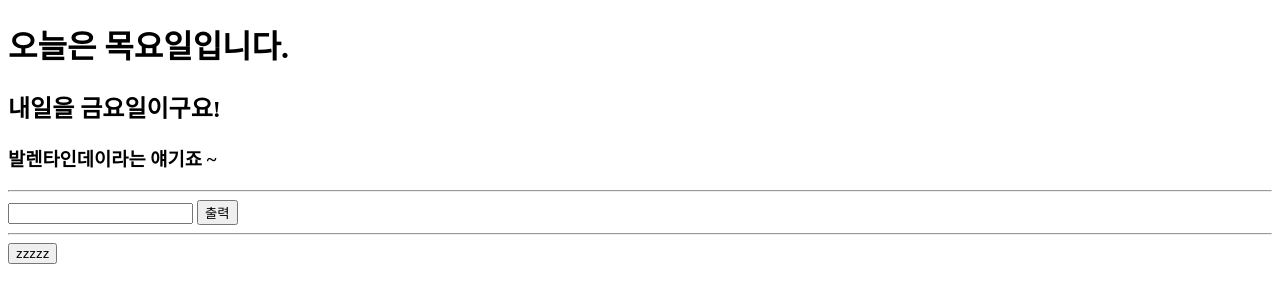
Repository: AgentHyun/FishDalle3
Page: Feb13_1_jQuery/WebContent/1_jQuery.html
These files come from the project's save history. The page is drawn as it stood at one moment and after the next save; the edit follows.
The browser window is 1280 px wide. The pictures show the whole page.

Above is the page before, as saved 2025-02-13 03:11:51.

After the next save:
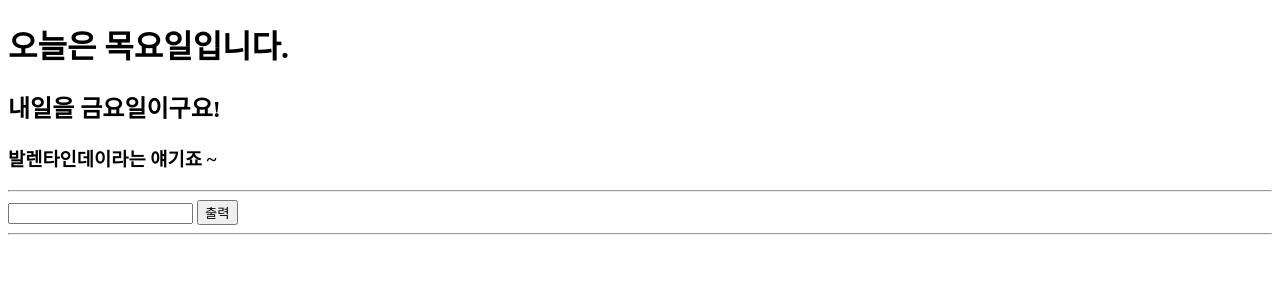
Saved 3 s later.
--- a/Feb13_1_jQuery/WebContent/1_jQuery.html
+++ b/Feb13_1_jQuery/WebContent/1_jQuery.html
@@ -70,7 +70,7 @@ $(function(){
 <input id = "i">
 <button>출력</button>
 <hr>
-<button>zzzzz</button>
+
 
 </body>
 </html>
